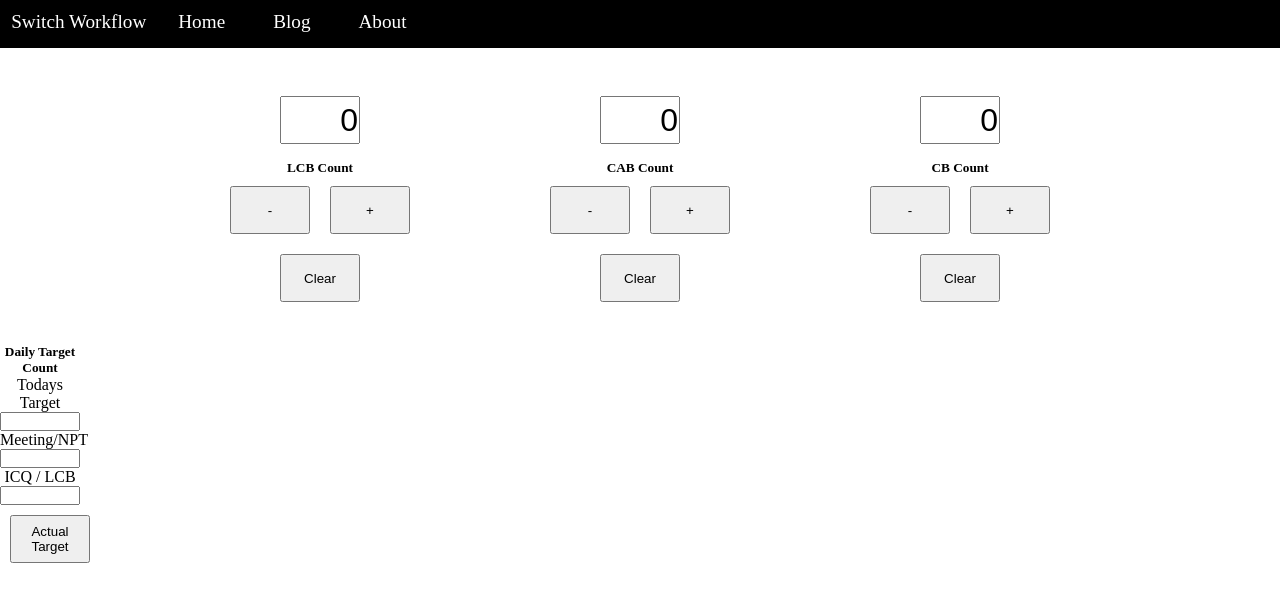
Repository: suraj-yadav7/SwitchWorkflow-Count-reactjs
Page: /
An editor plug-in stored every save of this project. The page is shown before and after the next save, followed by the edit.
The browser window is 1280 px wide. The pictures show the whole page.
The project was rebuilt for these pictures with package versions that can differ from the ones it lists, and the page was loaded fresh each time.

Above is the page before, as saved 2023-04-18 21:54:33.

After the next save:
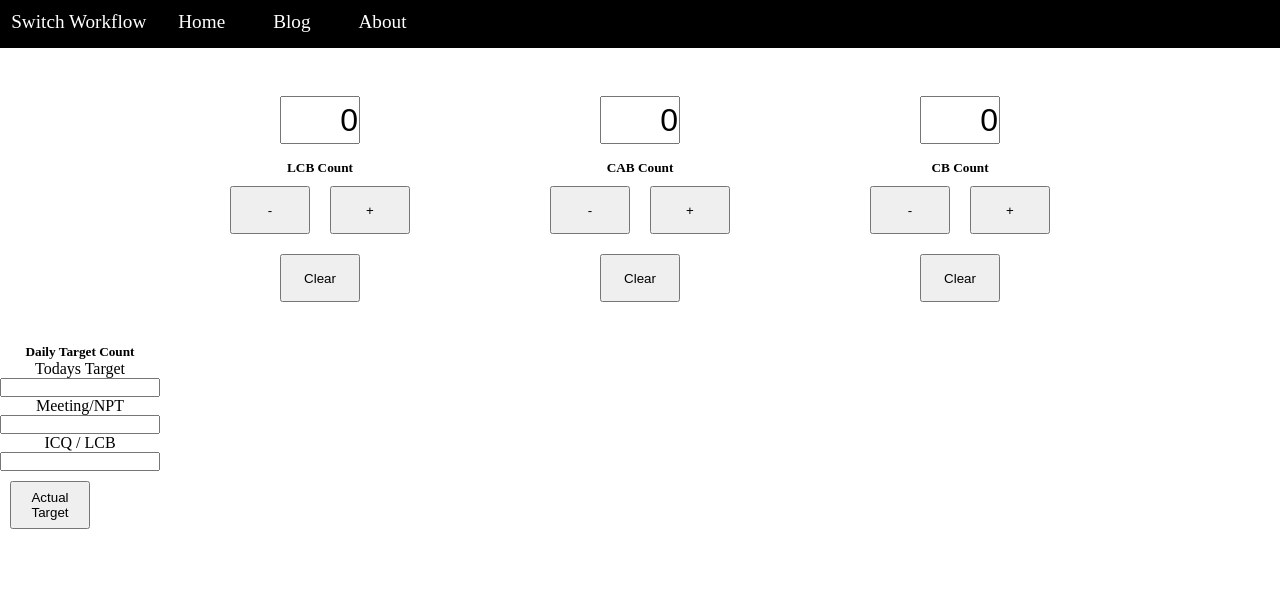
Saved 12 s later.
--- a/src/App.css
+++ b/src/App.css
@@ -54,6 +54,5 @@ nav > ul{
 .textType{
   display: flex;
   flex-direction: column;
-  width: 5rem;
-  height: 20rem;
+  width: 10rem;
 }
